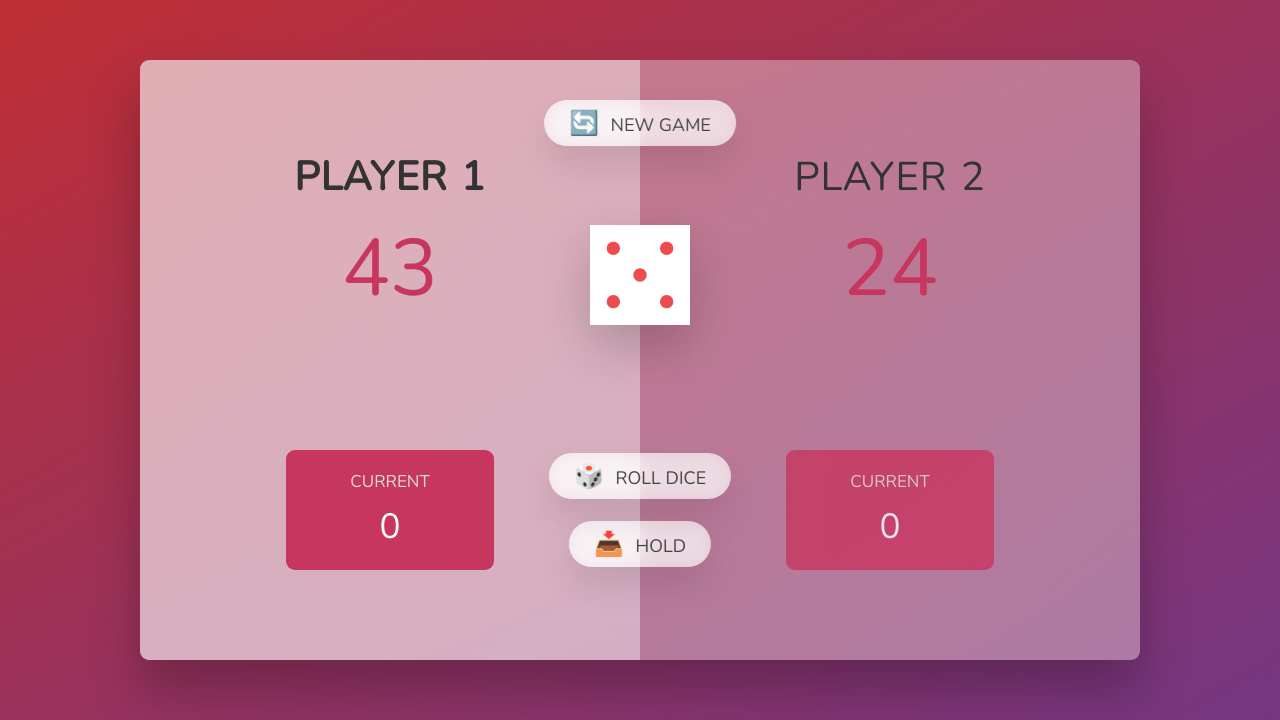
Repository: mjcanon4/Dice-Black-Jack
Page: index.html
An editor plug-in stored every save of this project. The page is shown before and after the next save, followed by the edit.
The browser window is 1280 px wide. The pictures show the whole page.

Above is the page before, as saved 2021-02-09 23:19:29.

After the next save:
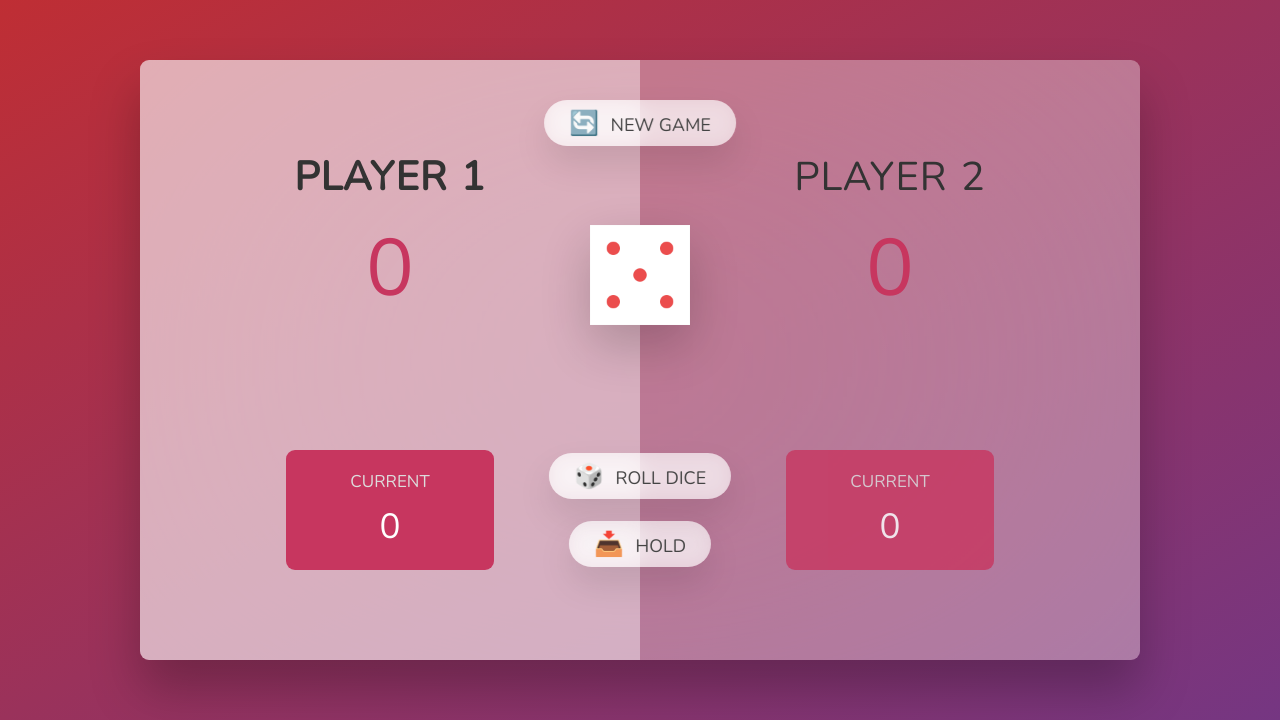
Saved 67 s later.
--- a/script.js
+++ b/script.js
@@ -4,3 +4,6 @@
 
 const score0El = document.getElementById("score--0");
 const score1El = document.getElementById("score--1");
+
+score0El.textContent = 0;
+score1El.textContent = 0;
